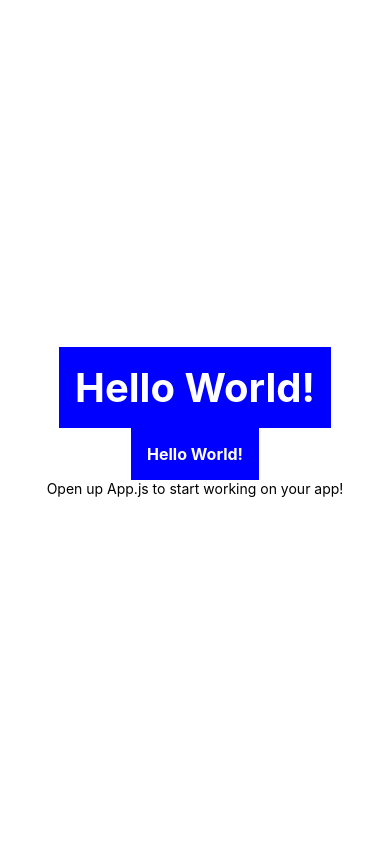
Repository: hirano-step/MemoApp
Screen: /
The author's editor kept a copy of each file at every save. The screen is drawn from the files as they stood at one save, then again after the next save.
The app was drawn by React Native's web renderer in a window 390 px wide. The project was rebuilt for these pictures with package versions that can differ from the ones it lists, and the page was loaded fresh each time.

Above is the screen before, as saved 2023-01-10 18:30:32.

After the next save:
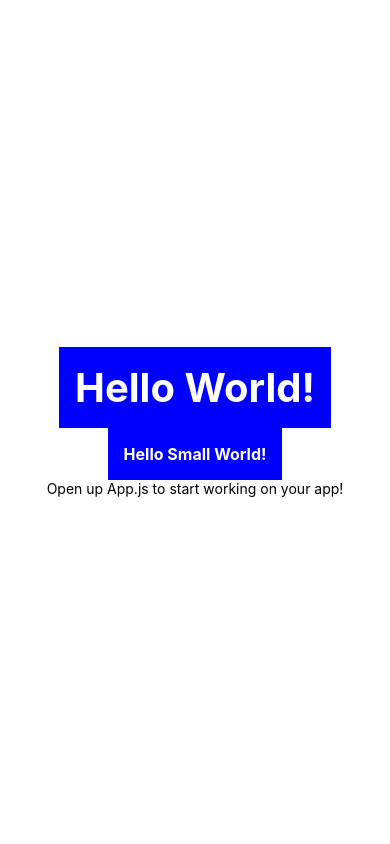
Saved 19 s later.
--- a/App.jsx
+++ b/App.jsx
@@ -7,7 +7,7 @@ export default function App() {
   return (
     <View style={styles.container}>
       <Hello bang>World</Hello>
-      <Hello bang style={{ fontSize: 16 }}>World</Hello>
+      <Hello bang style={{ fontSize: 16 }}>Small World</Hello>
       <Text>Open up App.js to start working on your app!</Text>
       {/* eslint-disable-next-line */}
       <StatusBar style="auto" />
